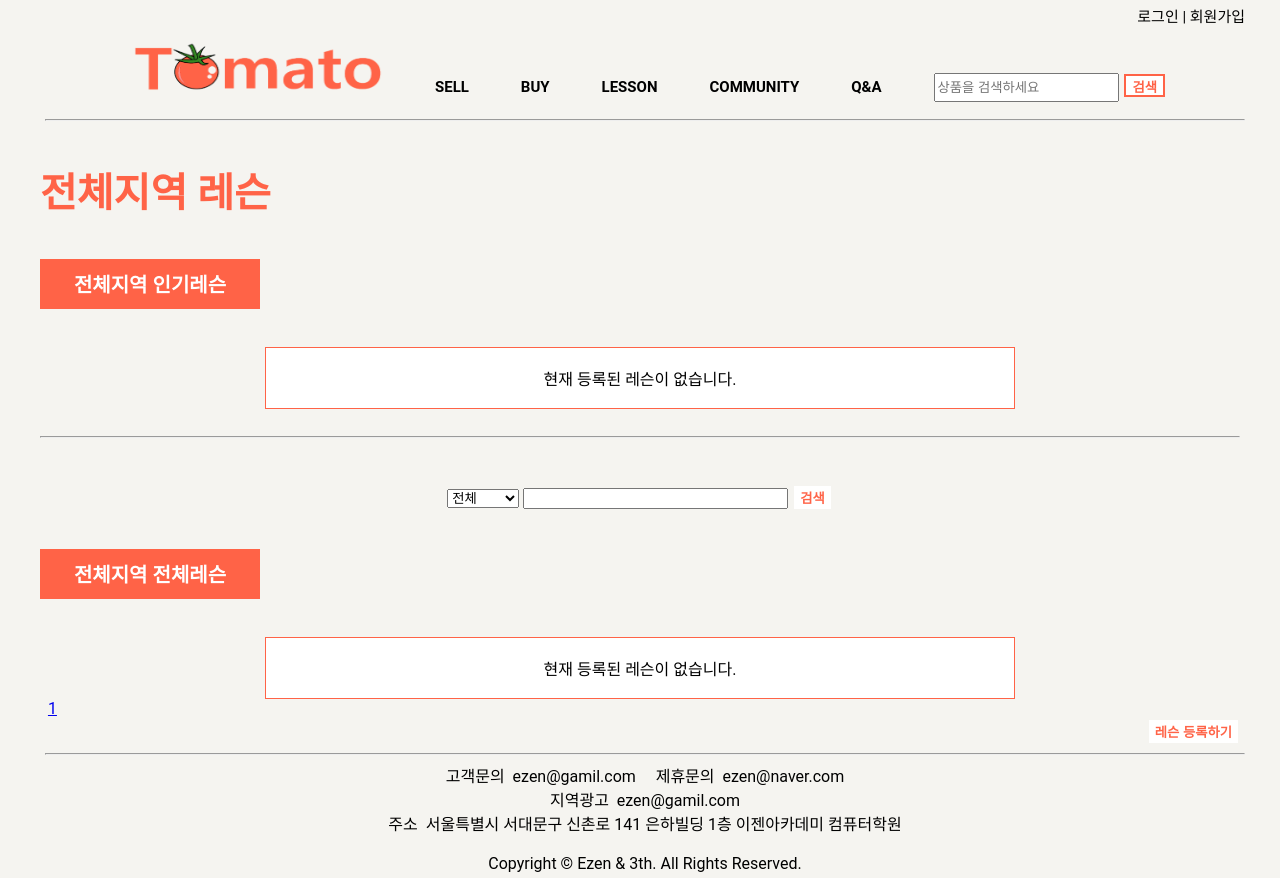
Repository: javadogfoot/semi-project
Page: http://localhost/tomato/lesson/lessonList.jsp?cp=1
These files come from the project's save history. The page is drawn as it stood at one moment and after the next save; the edit follows.
The browser window is 1280 px wide. The pictures show the whole page.
The page is served by Tomcat 9. Other server files are loaded and not shown. Queries for data that is not in the repository find no rows.

Above is the page before, as saved 2021-10-18 12:15:38.

### semi프로젝트워크스페이스/tomato/src/main/webapp/lesson/lessonList.jsp
<%@ page language="java" contentType="text/html; charset=UTF-8"
    pageEncoding="UTF-8"%>
<%@ page import="java.util.*" %>
<%@ page import="tomato.lesson.*" %>
<%@ page import="tomato.member.*" %>
<jsp:useBean id="ldao" class="tomato.lesson.LessonDAO" scope="session"></jsp:useBean>
<!DOCTYPE html>
<html>
<head>
<meta charset="UTF-8">
<title>Insert title here</title>
<link rel="stylesheet" type="text/css" href="/tomato/css/mainLayout.css">

<style>
body {
      background: #f5f4f0;
      font-family: 'Roboto';
}

h3{
   text-align: center;
   font-size: 40px;
   color: tomato;
}

.lessonTable {
   background-color:white;
   border:1px solid tomato;
   width: 750px;
   margin: 0px auto;
   padding:15px;
}

.lessonTable a{
   text-decoration: none;
}

.lessonTable a:link ,.lessonTable a:visited ,.lessonTable a:hover{
    color: #000;
    text-decoration: none;
 }

li{
   list-style: none;
}

.title{
   color: white;
   font-size:20px;
   font-weight: bold;
   background-color: tomato;
   height:30px;
   width:200px;
   padding:10px;
   text-align:center;
   margin: 0px;
}

.enddate{
   text-align:right;
}
.l_name{
   font-size: 35px;
   text-align: eft;
   font-weight:bold;
}
.l_title{
   font-size:15px;
   text-align: left;
}
.l_people{
   text-align:center;
}

#searchBar{
   text-align:center;
}

.joinbt{
   background-color: white;
   color: tomato;
   font-weight: bold;
   height:23px;
   border: none;
   margin:2px;
   border: 0px solid tomato;
}

.joinbt:hover{
   background-color: tomato;
   color: white;
   font-weight: bold;
   height:23px;
   border: none;
   margin:2px;
   border: 2px solid tomato;
}

#joinbtn4{
   background-color:white;
   color: tomato;
   font-weight: bold;
   height:23px;
   border: none; tomato;
}
</style>
</head>
<body>
<%@include file="/header.jsp" %>
<%
MemberDTO mdto=ldao.selectAllm(m_id);
ldao.lessonOk();

/**비회원 리스트 접속시, 모든 지역 레슨리스트 보이게*/
/**전체 레슨 페이징*/
int totalCnt=0;
if(m_id==null||m_id.equals("")||m_id.equals("admin")){
		totalCnt=ldao.getTotalCnt();
}else{
		totalCnt=ldao.getTotalCnt(mdto.getM_addr());
}
int listSize=5;
int pageSize=3;

String cp_s=request.getParameter("cp");
if(cp_s==null||cp_s.equals("")){
	cp_s="1";
}
int cp=Integer.parseInt(cp_s);

int totalPage=(totalCnt/listSize)+1;
if(totalCnt%listSize==0)totalPage--;

int userGroup=cp/pageSize;
if(cp%pageSize==0)userGroup--;
/**------------------------------------------------------------*/
/**인기 레슨 페이징*/
int pop_totalCnt=0;
if(m_id==null||m_id.equals("")){
	pop_totalCnt=ldao.getPopularTotalCnt();
}else{
	pop_totalCnt=ldao.getPopularTotalCnt(mdto.getM_addr());
}
int pop_listSize=1;
int pop_pageSize=1;

String pop_cp_s=request.getParameter("pop_cp");
if(pop_cp_s==null||pop_cp_s.equals("")){
	pop_cp_s="1";
}
int pop_cp=Integer.parseInt(pop_cp_s);

int pop_totalPage=(pop_totalCnt/pop_listSize)+1;
if(pop_totalCnt%pop_listSize==0)pop_totalPage--;

int pop_userGroup=pop_cp/pop_pageSize;
if(pop_cp%pop_pageSize==0)pop_userGroup--;
%>
<section>
	<article>
	<%
	String userAddr;
	if(m_id==null||m_id.equals("")||m_id.equals("admin")){
		userAddr="전체지역";
	}else{
		userAddr=mdto.getM_addr();
	}
	%>
		<h3 style="color:tomato; text-align:left;"><%=userAddr %> 레슨</h3>  <!-- 마감된 레슨은 인기레슨리스트에서 제외된다. -->
		<div class="title"> <%=userAddr %> 인기레슨</div>
		<br>
		<br>
		<%
		ArrayList<LessonDTO> pop_arr=null;

		if(m_id==null||m_id.equals("")){
		pop_arr=ldao.lessonPopularList(pop_cp,pop_listSize);
		}else{
		pop_arr=ldao.lessonPopularList(mdto.getM_addr(),pop_cp,pop_listSize);
		}

		if(pop_arr==null||pop_arr.size()==0){
			%>
			<table class="lessonTable" >
				<tr>
					<td align="center">
					현재 등록된 레슨이 없습니다.
					</td>
				</tr>
			</table>
			<%
		}else{
			%>
			<table class="lessonTable">
			<tr>
			<td>
				<%
				if(pop_userGroup!=0){ //이전 화살표
				%>
				<a href="lessonList.jsp?pop_cp=<%=(pop_userGroup-1)*pop_pageSize+pop_pageSize%>" class="joinbt" >&lt;&lt;</a>
				<%
				}else{
				%>
				<a href="lessonList.jsp?pop_cp=<%=pop_totalCnt%>" class="joinbt">&lt;&lt;</a>
				<%
				}
				%>
				</td>
				<%
				for(int i=0;i<pop_arr.size();i++){
				%><%-- <td style="position:relative; opacity:0.9;"><a href="lessonContent.jsp?l_idx=<%=pop_arr.get(i).getL_idx()%>"> --%>
				<td><a href="lessonContent.jsp?l_idx=<%=pop_arr.get(i).getL_idx()%>">
				<ul>
					<li class="enddate">
						<div><%=pop_arr.get(i).getL_enddate() %></div> <!-- 마감일 -->
						<div style="color:tomato; font-weight:bold; font-size:20px;">D-<%=ldao.lessonDDay(pop_arr.get(i).getL_idx()) %></div></li>
					<li class="l_name"><%=pop_arr.get(i).getL_name() %></li><br> <!-- 레슨명 -->
					<li ><label id="joinbtn4">작성자</label>
					&nbsp;&nbsp;<span><%=pop_arr.get(i).getM_name()%>(<%=pop_arr.get(i).getM_id() %>)</span></li><br><!-- 작성자 문제 -->
					<li ><label id="joinbtn4">한줄소개</label>
					&nbsp;&nbsp;<span><%=pop_arr.get(i).getL_con().length() >= 25?
							pop_arr.get(i).getL_con().substring(0, 25)+".....":pop_arr.get(i).getL_con() %></span></li><br><br>
					<li class="l_people"><label id="joinbtn4">모집인원</label>
					<meter min="0" max="<%=pop_arr.get(i).getL_people()%>" value="<%=pop_arr.get(i).getM_idxcnt()%>"></meter>
					&nbsp;&nbsp;&nbsp;<%=pop_arr.get(i).getM_idxcnt() %>/<%=pop_arr.get(i).getL_people()%>
					<%if( pop_arr.get(i).getL_people() ==  pop_arr.get(i).getM_idxcnt()+1){%>
					&nbsp;&nbsp;&nbsp;<span style="position:absolute; font-size:16px; color:gray; font-weight:bold;">딱 한자리 남았어요~</span >
					<%
					}else if(pop_arr.get(i).getL_people() ==  pop_arr.get(i).getM_idxcnt()){
					%>
					&nbsp;&nbsp;&nbsp;<span style="position:absolute; font-size:16px; color:gray; font-weight:bold;">신청인원이 마감되었어요!</span >
					<%}else{%>
					&nbsp;&nbsp;&nbsp;<span></span >
					<%} %></li>
				</ul>
				</a></td>
				<%} %>
				<td>
				<%
				if(pop_userGroup!=(pop_totalPage/pop_pageSize)-(pop_totalPage%pop_pageSize==0?1:0)){  //다음 화살표
				%>
				<a href="lessonList.jsp?pop_cp=<%=(pop_userGroup+1)*pop_pageSize+1 %>" class="joinbt">&gt;&gt;</a>
				<%
				}else{
				%>
				<a href="lessonList.jsp?pop_cp=1" class="joinbt">&gt;&gt;</a>
				<%
				}
				%>
				</td>
				</tr>
		</table>
		<br><br>
				<%
		}
		%>
		<br>
		<hr>
		<br>
		<br>
	</article>

	<article id="searchBar">
	<form name="lessonSearch" action="lessonSearch.jsp">
		<select name="searchKey">
			<option value="l_name||l_con">전체</option><!-- l_name컬럼과 l_name컬럼 2개를 불러올 수 있다. -->
			<option value="l_name">레슨명</option>
			<option value="l_con">레슨설명</option>
		</select>
		<%if(m_id==null||m_id.equals("")){
		}else{%>
			<input type="hidden" name="m_addr" value="<%=mdto.getM_addr()%>">
		<%}%>
		<input type="text" name="searchValue" size="30">
		<input type="submit" value="검색" class="joinbt">
	</form>
	</article>
	<br>
	<br>
	<article>
		<div class="title"><%=userAddr %> 전체레슨</div>
		<br>
		<br>
		<%
		ArrayList<LessonDTO> arr=null;
		if(m_id==null||m_id.equals("")||m_id.equals("admin")){
			arr=ldao.lessonList(cp,listSize);
		}else{
			arr=ldao.lessonList(mdto.getM_addr(),cp,listSize);
		}
		if(arr==null||arr.size()==0){
			%>
			<table class="lessonTable">
				<tr>
					<td align="center">
					현재 등록된 레슨이 없습니다.
					</td>
				</tr>
			</table>
			<%

		}else{
		for(int i=0;i<arr.size();i++){
		%>
		<table class="lessonTable" >
		<tr>
			<td><a href="lessonContent.jsp?l_idx=<%=arr.get(i).getL_idx()%>">
				<ul>
					<li class="enddate">
					<div><%=arr.get(i).getL_enddate() %></div> <!-- 마감일 -->
					<div style="color:tomato; font-weight:bold; font-size:20px;">D-<%=ldao.lessonDDay(arr.get(i).getL_idx()) %></div></li>
					<li class="l_name"><%=arr.get(i).getL_name() %></li><br>
					<li ><label id="joinbtn4">작성자</label>
					&nbsp;&nbsp;<span><%=arr.get(i).getM_name()%>(<%=arr.get(i).getM_id() %>)</span></li><br><!-- 작성자 문제 -->
					<li ><label id="joinbtn4">한줄소개</label>
					&nbsp;&nbsp;<span><%=arr.get(i).getL_con().length()>=25?
					arr.get(i).getL_con().substring(0, 25)+"...":arr.get(i).getL_con() %></span></li><br><br>
					<li class="l_people"><label id="joinbtn4">모집인원</label>
					<meter  min="0" max="<%=arr.get(i).getL_people()%>" value="<%=arr.get(i).getM_idxcnt()%>"></meter>
					&nbsp;&nbsp;<%=arr.get(i).getM_idxcnt() %>/<%=arr.get(i).getL_people()%>
					<%if( arr.get(i).getL_people() ==  arr.get(i).getM_idxcnt()+1){%>
					&nbsp;&nbsp;&nbsp;<span style="position:absolute; font-size:16px; color:gray; font-weight:bold;">딱 한자리 남았어요~</span >
					<%
					}else if(arr.get(i).getL_people() ==  arr.get(i).getM_idxcnt()){
					%>
					&nbsp;&nbsp;&nbsp;<span style="position:absolute; font-size:16px; color:gray; font-weight:bold;">신청인원이 마감되었어요!</span >
					<%}else{%>
					&nbsp;&nbsp;&nbsp;<span></span >
					<%} %></li>
				</ul>
				</a></td></tr></table>
		<br><br>

		<%
			}
		}
		%>
		<div>
		<%
			if(userGroup!=0){ //이전 화살표
		%>
			<a href="lessonList.jsp?cp=<%=(userGroup-1)*pageSize+pageSize%>"><img alt="/tomato/img/leftBt.png" src="l버튼"></a>
		<%
			}
		%>
		<%     //시작페이지*5+1
			for(int i=userGroup*3+1;i<=userGroup*pageSize+pageSize;i++){  //페이지 만들기
		%>
			&nbsp;&nbsp;<a href="lessonList.jsp?cp=<%=i%>"><%=i%></a>&nbsp;&nbsp;
		<% //cp파라미터로 인위적으로 이동
				if(i==totalPage){
				break;
				}
			}
	 	%>
		<%
			if(userGroup!=(totalPage/pageSize)-(totalPage%pageSize==0?1:0)){  //다음 화살표
		%>
			<a href="lessonList.jsp?cp=<%=(userGroup+1)*pageSize+1 %>">&gt;&gt;</a>
		<%
			}
		%>
		</div>
		<div style="text-align: right;">
		<a href="lessonUpload.jsp"><input type="button" value="레슨 등록하기" class="joinbt"></a>
		</div>
	</article>
</section>
<%@include file="/footer.jsp" %>
</body>
</html>

### semi프로젝트워크스페이스/tomato/src/main/webapp/header.jsp
<%@ page language="java" contentType="text/html; charset=UTF-8"
    pageEncoding="UTF-8"%>
<!DOCTYPE html>
<html>
<head>
<meta charset="UTF-8">
<title>Insert title here</title>
<style>

#btn1{
   background-color: white;
   color: tomato;
   font-weight: bold;
   height:23px;
   border: none;
   margin:2px;
   border: 2px solid tomato;
}
#btn1:hovertn1{
   background-color: tomato;
   color: white;
   font-weight: bold;
   height:23px;
   border: none;
   margin:2px;
   border: 2px solid tomato;
}
</style>
</head>
<body>
<header>
<%
String m_id=(String)session.getAttribute("m_id");
String m_name=(String)session.getAttribute("m_name");
if(m_id==null){
   %>
   <div>
   <a href="/tomato/member/login.jsp">로그인</a> | <a href="/tomato/member/join.jsp">회원가입</a>
   </div>
   <%
}else{
      %>
   <div>
   <%
   if(m_id.equals("admin")){
      %>
      <a href="/tomato/admin/memberList_admin.jsp"><%=m_name %>님 마이페이지</a> |
      <%
   }else{
      %>
      <a href="/tomato/member/mypage.jsp"><%=m_name %>님 마이페이지</a> |
      <%
   }
   %>
   <a href="/tomato/member/logout.jsp">로그아웃</a>
   </div>
   <%
}
%>
<nav>
<ul>
   <li><h1><a href="/tomato/index.jsp"><img src="/tomato/img/토마토_메인로고.png" alt="메인로고" height="50px" width="250px"></a></h1></li>
   <li><h2><a href="/tomato/sell/sell.jsp">SELL</a></h2></li>
   <li><h2><a href="/tomato/buy/buyList.jsp?col=s_idx&range=desc">BUY</a></h2></li>
   <li><h2><a href="/tomato/lesson/lessonList.jsp">LESSON</a></h2></li>
   <li><h2><a href="/tomato/community/community.jsp">COMMUNITY</a></h2></li>
   <li><h2><a href="/tomato/qna/qnaList.jsp">Q&A</a></h2></li>
   <li>
		<form name="headerSearch" action="/tomato/buy/headerBuySearch.jsp" style="display: inline;">
			<input type="text" name="searchValue" placeholder="상품을 검색하세요">
			<input type="submit" value="검색" id="btn1">
		</form>
	</li>
</ul>
</nav>
<hr/>
</header>
</body>
</html>

### semi프로젝트워크스페이스/tomato/src/main/webapp/footer.jsp
<%@ page language="java" contentType="text/html; charset=UTF-8"
    pageEncoding="UTF-8"%>
<!DOCTYPE html>
<html>
<head>
<meta charset="UTF-8">
<title>Insert title here</title>
</head>
<body>
<footer>
<hr/>
<div>
고객문의&nbsp;&nbsp;ezen@gamil.com &nbsp;&nbsp;&nbsp;&nbsp;제휴문의&nbsp;&nbsp;ezen@naver.com
<br/>
지역광고&nbsp;&nbsp;ezen@gamil.com
<br/>
주소&nbsp;&nbsp;서울특별시 서대문구 신촌로 141 은하빌딩 1층 이젠아카데미 컴퓨터학원
</div>
<br/>
<div>Copyright &copy; Ezen & 3th. All Rights Reserved.</div>
</footer>
</body>
</html>

### semi프로젝트워크스페이스/tomato/src/main/java/tomato/db/TomatoDB.java
package tomato.db;

import java.sql.*;
import javax.sql.*;
import javax.naming.*;

public class TomatoDB {

	static DataSource ds;

	static{
		try {
		Context initContext = new InitialContext();
		Context envContext  = (Context)initContext.lookup("java:/comp/env");
		ds = (DataSource)envContext.lookup("jdbc/myoracle");
		}catch(Exception e) {
			e.printStackTrace();
		}
	}

	public static Connection getConn() throws Exception{
		return ds.getConnection();
	}
}

### semi프로젝트워크스페이스/tomato/src/main/webapp/css/mainLayout.css
@charset "UTF-8";
body{
   background-color: #f5f4f0;
   margin: 5px auto;
   width: 1200px;
}
header{
   width: 1200px;
   margin: 5px;
}
header div{
   text-align: right;
   font-size: 15px;
}
header div a{
   color: black;
   text-decoration: none;
}
header div a:hover{
   color: black;
   text-decoration: underline;
}
h1{
   font-size: 45px;
   color: tomato;
   display: inline;
}
h1 a{
   text-decoration: none;
   color: tomato;
}
h2{
   color: black;
   display: inline;
   font-size: 15px;
}
h2 a{
   text-decoration: none;
   color: black;
}
header nav li{
   list-style-type: none;
   display: inline;
   color: black;
   margin-left: 48px;
}
header input{

   height: 23px;
}
section{
   width: 1200px;
}
footer{
   width: 1200px;
   clear: both;
   margin: 5px;
   text-align: center;
}

Loaded but not shown: semi프로젝트워크스페이스/tomato/src/main/java/tomato/lesson/LessonDAO.java (973 lines, source omitted)

After the next save:
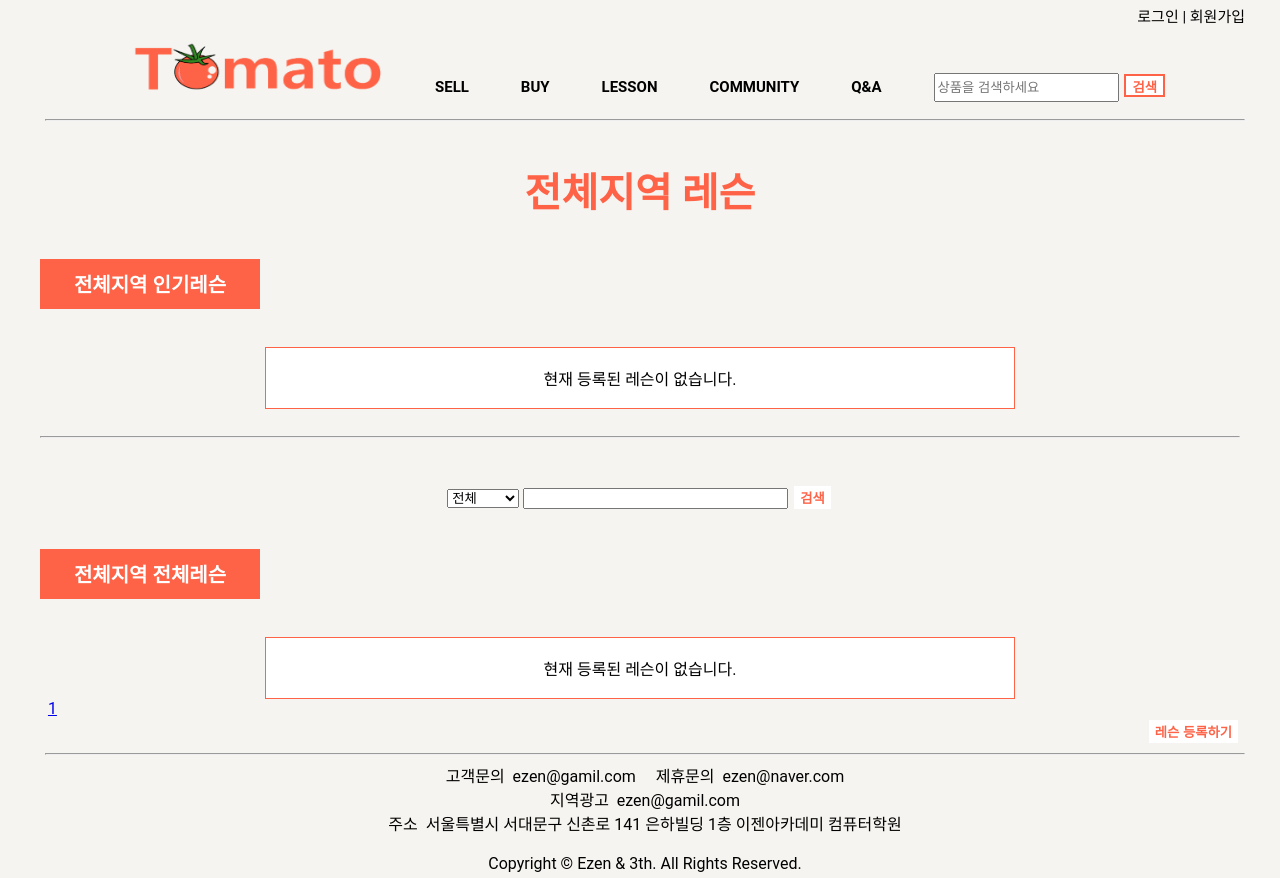
Saved 2 min 8 s later.
--- a/semi프로젝트워크스페이스/tomato/src/main/webapp/lesson/lessonList.jsp
+++ b/semi프로젝트워크스페이스/tomato/src/main/webapp/lesson/lessonList.jsp
@@ -18,7 +18,7 @@ body {
 }
 
 h3{
-   text-align: center;
+   text-align: center!important;
    font-size: 40px;
    color: tomato;
 }
